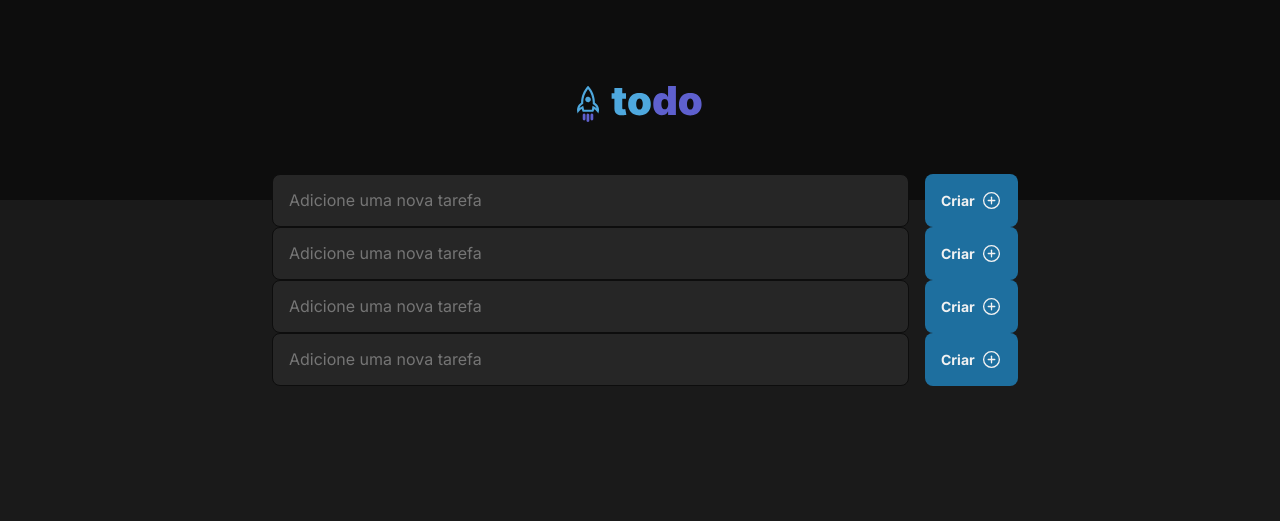
Repository: viniimartins/ToDoListROCKETSEAT
Page: /
An editor plug-in stored every save of this project. The page is shown before and after the next save, followed by the edit.
The browser window is 1280 px wide. The pictures show the whole page.
The project was rebuilt for these pictures with package versions that can differ from the ones it lists, and the page was loaded fresh each time. Also part of the build but not shown: vite.config.ts.

Above is the page before, as saved 2023-05-05 15:25:07.

### index.html
<!DOCTYPE html>
<html lang="en">
  <head>
    <meta charset="UTF-8" />

    <link rel="preconnect" href="https://fonts.googleapis.com" />
    <link rel="preconnect" href="https://fonts.gstatic.com" crossorigin />

    <link rel="icon" type="image/svg+xml" href="/vite.svg" />
    <meta name="viewport" content="width=device-width, initial-scale=1.0" />
    <title>Vite + React + TS</title>

    <link
      href="https://fonts.googleapis.com/css2?family=Inter:wght@400;700&display=swap"
      rel="stylesheet"
    />
  </head>
  <body>
    <div id="root"></div>
    <script type="module" src="/src/main.tsx"></script>
  </body>
</html>

### src/App.tsx
import { Header } from "./Components/Header";
import { AddTask } from "./Components/AddTask";

import styles from "./App.module.css";
import "./global.css";

export function App() {
  return (
    <>
      <div>
        <Header />

        <main className={styles.wrapper}>
          <AddTask />
          <AddTask />
          <AddTask />
          <AddTask />

        </main>
      </div>
    </>
  );
}

### src/Components/Header.tsx
import styles from "./Header.module.css";
import Logo from "../assets/Logo.svg";

export function Header() {
  return (
    <>
      <header className={styles.header}>
        <img src={Logo} />
      </header>
    </>
  );
}

### src/Components/AddTask.tsx
import { PlusCircle } from "phosphor-react";
import styles from "./AddTask.module.css";

export function AddTask() {
  return (
    <div className={styles.inputs}>
      <input
        className={styles.inputText}
        type="text"
        placeholder="Adicione uma nova tarefa"
      />
      <button className={styles.Button}>
        <span className={styles.ButtonText}>Criar</span>
        <PlusCircle size={21} />
      </button>
    </div>
  );
}

### src/App.module.css
.wrapper {
  max-width: 46rem;
  margin: -1.656rem auto;

  display: grid;
  grid-template-columns: 1fr;
  align-items: flex-start;

}

### src/global.css
:root {
  --white: #fff;

  --gray-100: #f2f2f2;
  --gray-200: #d9d9d9;
  --gray-300: #808080;
  --gray-400: #333333;
  --gray-500: #262626;
  --gray-600: #1a1a1a;
  --gray-700: #0d0d0d;

  --purble: #8284fa;
  --purbleDark: #5e60ce;

  --blue: #4ea8de;
  --blueDark: #1E6F9F;

  --darger: #e25858;
}

:focus {
  outline: transparent;
  box-shadow: 0 0 0 2px var(--purbleDark);
}

* {
  margin: 0;
  padding: 0;
  box-sizing: border-box;
}

body {
  background: var(--gray-600);
  color: var(--gray-100);
  -webkit-font-smoothing: antialiased;
}

body,
input,
textarea,
button {
  font-family: "Inter", sans-serif;
  font-weight: 400;
  font-size: 1rem;
}

### src/Components/Header.module.css
.header {
  height: 12.5rem;
  background-color: var(--gray-700);
  display: flex;
  justify-content: center;
  align-items: center;
}

.header img {
  width: 7.875rem;
  height: 3rem;
}

### src/Components/AddTask.module.css
.inputs {
  display: flex;
  gap: 1rem;
}

.inputText {
  width: 39.813rem;
  height: 3.313rem;

  border-radius: 0.5rem;
  padding: 1rem;
  border: 1px solid var(--gray-700);
  color: var(--gray-100);

  font-weight: 400;
  font-size: 1rem;
  background-color: var(--gray-500);
}

.Button {
  display: flex;
  align-items: center;

  background-color: var(--blueDark);
  color: var(--gray-100);

  border: none;
  border-radius: 0.5rem;
  padding: 1rem;
  cursor: pointer;
  gap: 0.4rem;

  font-weight: 700;
  font-size: 0.875rem;
}

.Button:hover {
  background: var(--blue);
}

Loaded but not shown: src/main.tsx (common file)

After the next save:
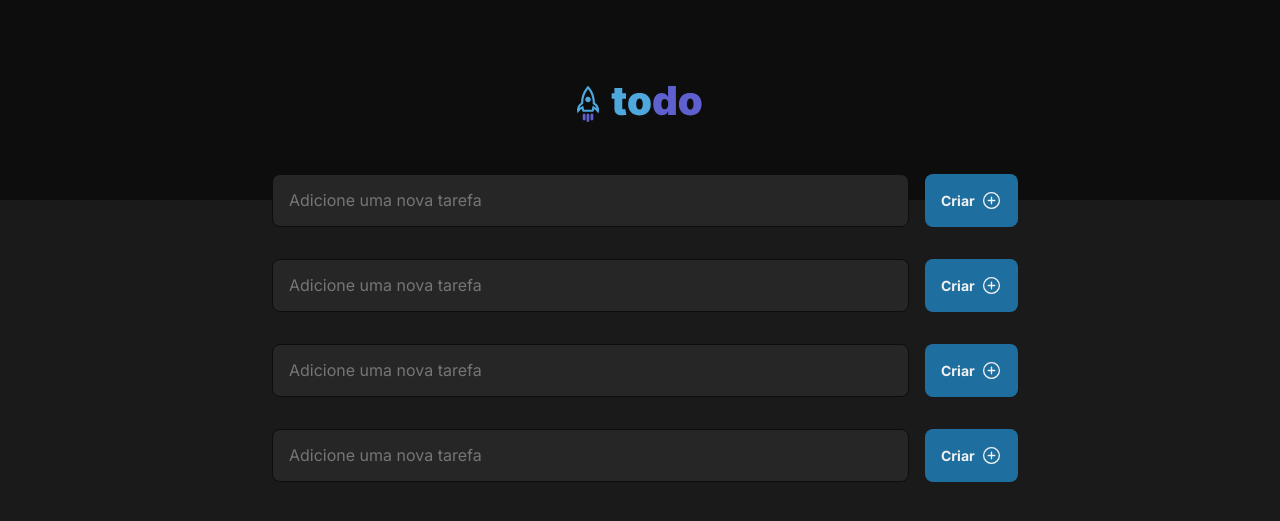
Saved 15 s later.
--- a/src/App.module.css
+++ b/src/App.module.css
@@ -4,6 +4,7 @@
 
   display: grid;
   grid-template-columns: 1fr;
+  gap: 2rem;
   align-items: flex-start;
 
 }
